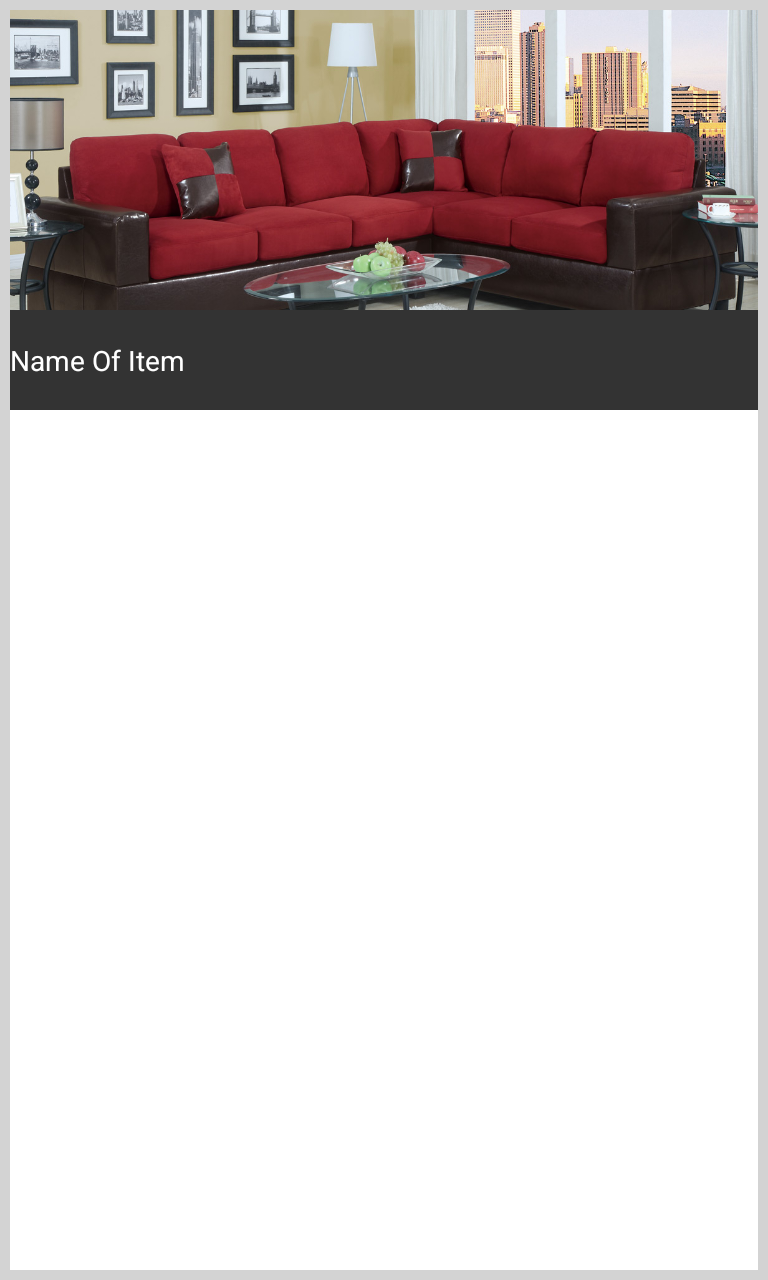
Repository: specialFX16/College-List
Layout: AndroidApp/CollegeList/res/layout/list_view_card.xml
An editor plug-in stored every save of this project. The layout is shown before and after the next save, followed by the edit.
It is drawn on a 768 x 1280 px phone screen (xhdpi) without system bars, with theme AppTheme; the app's code is not run.

Above is the layout before, as saved 2015-03-03 02:55:08.

After the next save:
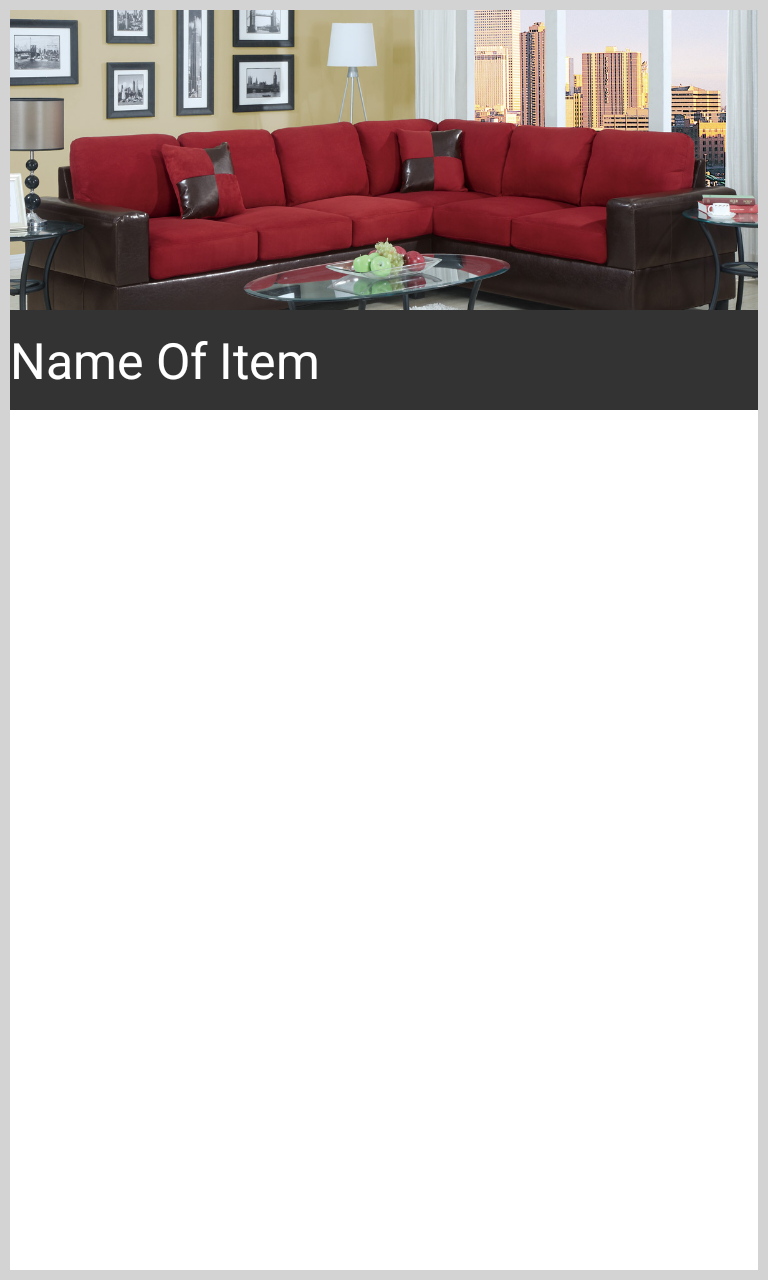
Saved 57 s later.
--- a/AndroidApp/CollegeList/res/layout/list_view_card.xml
+++ b/AndroidApp/CollegeList/res/layout/list_view_card.xml
@@ -41,6 +41,7 @@
                 android:layout_alignParentLeft="true"
                 android:layout_centerVertical="true"
                 android:text="Name Of Item"
+                android:textSize="25sp"
                 android:textColor="#ffffff"
                  />
 
